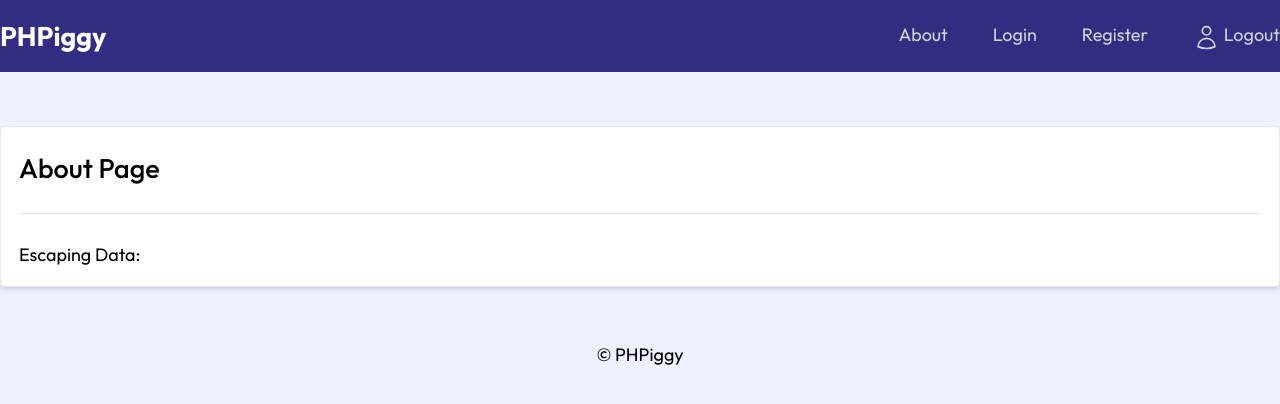
Repository: Conjet/PHPiggy
Page: http://localhost/about
These files come from the project's save history. The page is drawn as it stood at one moment and after the next save; the edit follows.
The browser window is 1280 px wide. The pictures show the whole page.
The page is run by PHP 8.4 with error messages shown; the project is at /var/www/html/.

Above is the page before, as saved 2023-08-30 20:40:34.

### public/index.php
<?php

include __DIR__."/../src/App/functions.php";

$app = include __DIR__.'/../src/App/bootstrap.php';

$app->run();

### src/App/functions.php
<?php

declare(strict_types=1);

function dd(mixed $value)
{
    echo '<pre>';
    var_dump($value);
    echo '</pre>';
    die();
}

function e(mixed $value): string
{
    return htmlspecialchars((string) $value);
}

### src/App/bootstrap.php
<?php

declare(strict_types=1);

require __DIR__ . '/../../vendor/autoload.php';

use Framework\App;
use App\Controllers\{HomeController, AboutController};

$app = new App();

$app->get('/', [HomeController::class, 'home']);
$app->get('/about', [AboutController::class, 'about']);

return $app;

### src/Framework/App.php
<?php

declare(strict_types=1);

namespace Framework;

class App {

    private Router $router;

    public function __construct()
    {
        $this->router = new Router();
    }

    public function run()
    {
        $path = parse_url($_SERVER['REQUEST_URI'], PHP_URL_PATH);
        $method = $_SERVER['REQUEST_METHOD'];

        $this->router->dispatch($path, $method);
    }

    public function get(string $path, array $controller)
    {
        $this->router->add('GET', $path, $controller);
    }
}

### src/Framework/Router.php
<?php

declare(strict_types=1);

namespace Framework;

class Router
{
    private array $routes = [];

    public function add(string $method, string $path, array $controller)
    {

        $path = $this->normalizePath($path);

        $this->routes[] = [
            'path' => $path,
            'method' => strtoupper($method),
            'controller' => $controller
        ];
    }

    private function normalizePath(string $path): string
    {
        // #[/]{2,}#
        $path = trim($path, '/');
        $path = '/' . $path . '/';
        $path = preg_replace('#[/]{2,}#', '/', $path);

        return $path;
    }

    public function dispatch(string $path, string $method)
    {
        $path = $this->normalizePath($path);
        $method = strtoupper($method);

        foreach ($this->routes as $route) {
            if (!preg_match("#^{$route['path']}$#", $path) || $route['method'] !== $method) {
                continue;
            }

            [$class, $function] = $route['controller'];

            $controllerInstance = new $class;

            $controllerInstance->$function();
        }
    }
}

### src/App/Controllers/AboutController.php
<?php

declare(strict_types=1);

namespace App\Controllers;

use Framework\TemplateEngine;
use App\Config\Paths;

class AboutController
{

    private TemplateEngine $view;

    public function __construct()
    {
        $this->view = new TemplateEngine(Paths::VIEW);
    }

    public function about()
    {
        echo $this->view->render('/about.php', [
            'title' => 'Abouts',
            'dangerousData' => '<script>alert(123)</script>'
        ]);
    }
}

### src/Framework/TemplateEngine.php
<?php

declare(strict_types=1);

namespace Framework;

class TemplateEngine
{
    public function __construct(private string $basePath)
    {
    }

    public function render(string $template, array $data = [])
    {
        extract($data, EXTR_SKIP);

        ob_start();

        include $this->resolve($template);

        $output = ob_get_contents();

        ob_end_clean();

        return $output;
    }

    public function resolve(string $path)
    {
        return "{$this->basePath}/{$path}";
    }
}

### src/App/Config/Paths.php
<?php

declare(strict_types=1);

namespace App\Config;

class Paths
{
    public const VIEW = __DIR__ . "/../views";
}

### src/App/views/about.php
<?php include $this->resolve('partials/_header.php'); ?>

<!-- Start Main Content Area -->
<section class="container mx-auto mt-12 p-4 bg-white shadow-md border border-gray-200 rounded">
    <!-- Page Title -->
    <h3>About Page</h3>

    <hr />

    <!-- Escaping Data -->
    <p>Escaping Data: <?php echo $dangerousData; ?></p>
</section>
<!-- End Main Content Area -->

<?php include $this->resolve('partials/_footer.php'); ?>

### src/App/views/partials/_header.php
<!DOCTYPE html>
<html lang="en">

<head>
    <meta charset="UTF-8" />
    <meta name="viewport" content="width=device-width, initial-scale=1.0" />
    <title>PHPiggy</title>

    <link rel="preconnect" href="https://fonts.googleapis.com" />
    <link rel="preconnect" href="https://fonts.gstatic.com" crossorigin />
    <link href="https://fonts.googleapis.com/css2?family=Outfit:wght@400;500;700&display=swap" rel="stylesheet" />
    <link rel="stylesheet" href="/assets/main.css" />
</head>

<body class="bg-indigo-50 font-['Outfit']">
    <!-- Start Header -->
    <header class="bg-indigo-900">
        <nav class="mx-auto flex container items-center justify-between py-4" aria-label="Global">
            <a href="/" class="-m-1.5 p-1.5 text-white text-2xl font-bold">PHPiggy</a>
            <!-- Navigation Links -->
            <div class="flex lg:gap-x-10">
                <a href="/about" class="text-gray-300 hover:text-white transition">About</a>
                <a href="/login" class="text-gray-300 hover:text-white transition">Login</a>
                <a href="/register" class="text-gray-300 hover:text-white transition">Register</a>
                <a href="/logout" class="text-gray-300 hover:text-white transition">
                    <svg xmlns="http://www.w3.org/2000/svg" fill="none" viewBox="0 0 24 24" stroke-width="1.5" stroke="currentColor" class="w-6 h-6 inline-block">
                        <path stroke-linecap="round" stroke-linejoin="round" d="M15.75 6a3.75 3.75 0 11-7.5 0 3.75 3.75 0 017.5 0zM4.501 20.118a7.5 7.5 0 0114.998 0A17.933 17.933 0 0112 21.75c-2.676 0-5.216-.584-7.499-1.632z" />
                    </svg>

                    Logout
                </a>
            </div>
        </nav>
    </header>
    <!-- End Header -->

Loaded but not shown: src/App/views/partials/_footer.php (common file); public/assets/main.css (1142 lines, source omitted)

After the next save:
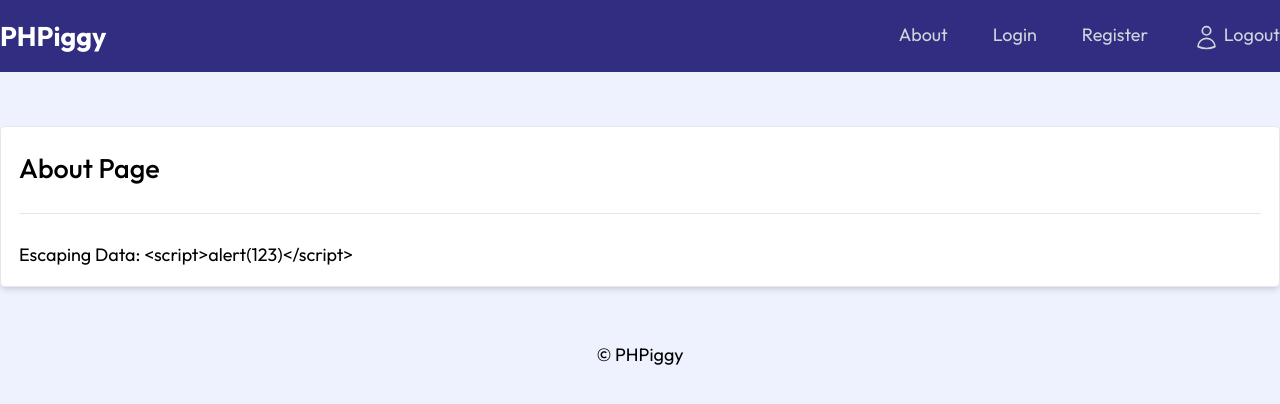
Saved 65 s later.
--- a/src/App/views/about.php
+++ b/src/App/views/about.php
@@ -8,7 +8,7 @@
     <hr />
 
     <!-- Escaping Data -->
-    <p>Escaping Data: <?php echo $dangerousData; ?></p>
+    <p>Escaping Data: <?php echo e($dangerousData); ?></p>
 </section>
 <!-- End Main Content Area -->
 
